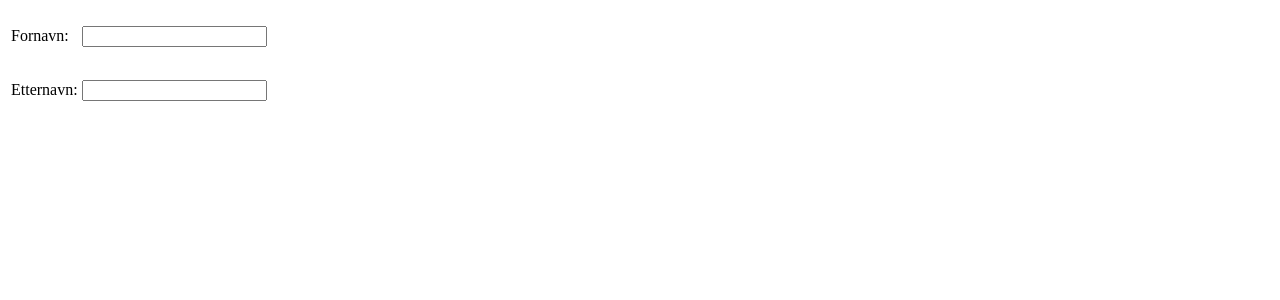
Repository: superdids/DAT152
Page: Oblig1/WebContent/oppgave02Create.html
These files come from the project's save history. The page is drawn as it stood at one moment and after the next save; the edit follows.
The browser window is 1280 px wide. The pictures show the whole page.

Above is the page before, as saved 2015-09-17 13:24:41.

### Oblig1/WebContent/oppgave02Create.html
<!DOCTYPE html>
<html>
<head>
<meta charset="UTF-8">
<title>Legg til ny bruker</title>
</head>
<body>

<table>
<tr><td>
<p>Fornavn:</p>
</td><td>
<input type="text" id="fName" />
</td></tr>
<tr><td>
<p>Etternavn:</p>
</td>
<td>
<input type="text" id="fName" />
</td></tr>
</table>

</body>
</html>

After the next save:
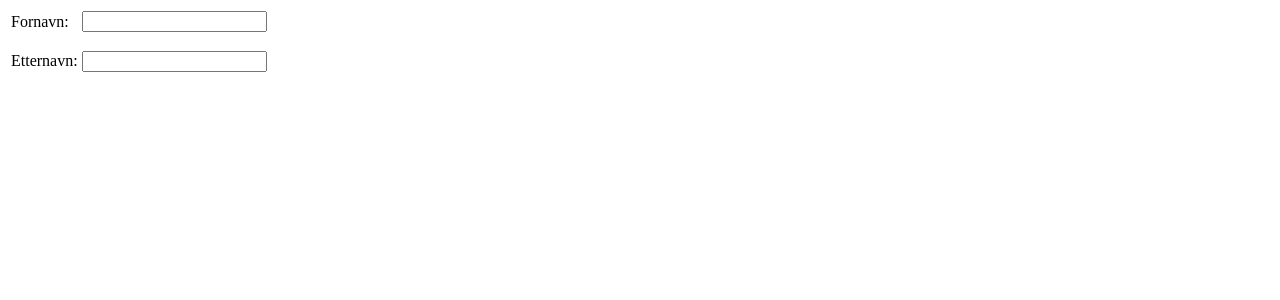
Saved 13 s later.
--- a/Oblig1/WebContent/oppgave02Create.html
+++ b/Oblig1/WebContent/oppgave02Create.html
@@ -8,7 +8,7 @@
 
 <table>
 <tr><td>
-<p>Fornavn:</p>
+<p style="display: inline">Fornavn:</p>
 </td><td>
 <input type="text" id="fName" />
 </td></tr>

After the save that followed:
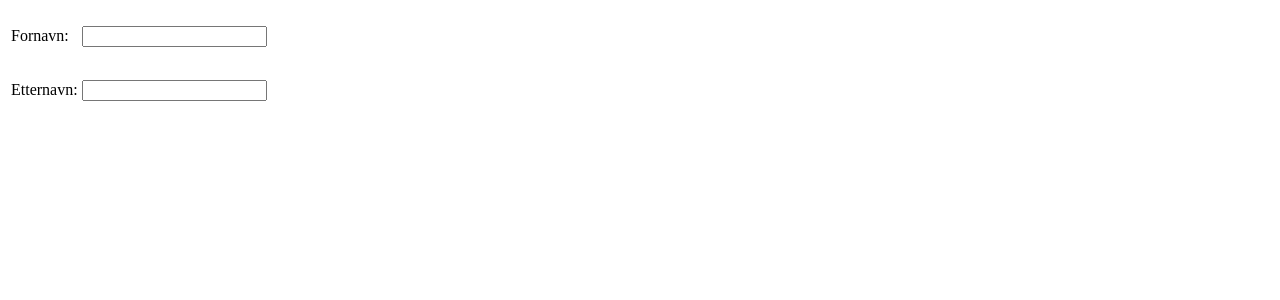
Saved 5 min 23 s later.
--- a/Oblig1/WebContent/oppgave02Create.html
+++ b/Oblig1/WebContent/oppgave02Create.html
@@ -8,7 +8,7 @@
 
 <table>
 <tr><td>
-<p style="display: inline">Fornavn:</p>
+<p>Fornavn:</p>
 </td><td>
 <input type="text" id="fName" />
 </td></tr>
